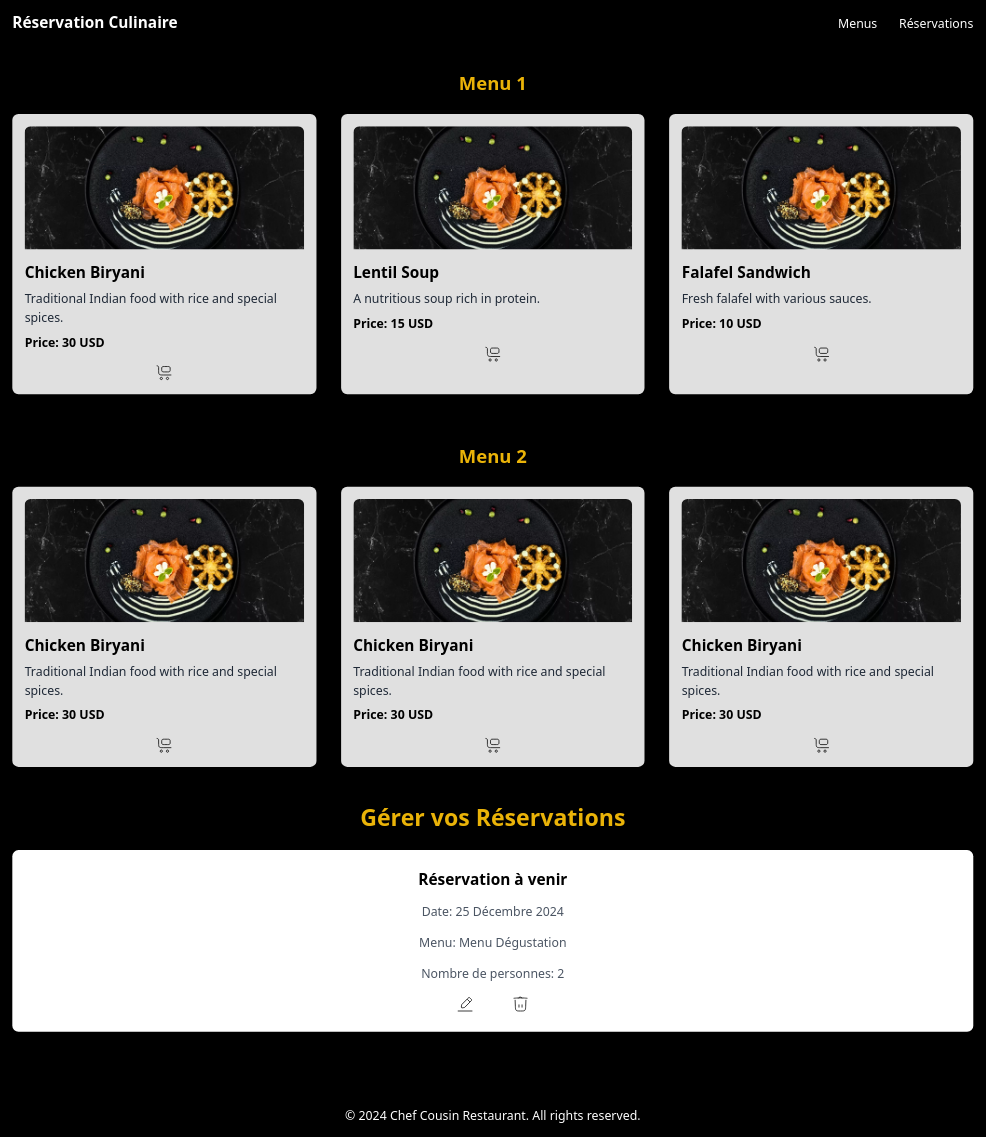
Repository: HamzaChehlaoui/Site-Web-pour-un-Chef-Cuisinier
Page: http://localhost/menuutil.php
These files come from the project's save history. The page is drawn as it stood at one moment and after the next save; the edit follows.
The browser window is 1280 px wide. The pictures show the whole page, at 77% of full size.
Some web libraries are served in a nearby version. The page is run by PHP 8.4 with error messages shown; the project is at /var/www/html/.

Above is the page before, as saved 2024-12-18 17:15:33.

### menuutil.php
<!DOCTYPE html>
<html lang="fr">
<head>
    <meta charset="UTF-8">
    <meta name="viewport" content="width=device-width, initial-scale=1.0">
    <title>Réservation d'Expérience Culinaire</title>
    <script src="https://cdn.tailwindcss.com"></script></head>
<body class="bg-black font-sans">

    <!-- Navbar -->
    <header class="bg-black text-white p-4">
        <div class="max-w-7xl mx-auto flex justify-between items-center">
            <h1 class="text-xl font-semibold">Réservation Culinaire</h1>
            <nav class="space-x-6">
                <a href="#menus" class="hover:text-gray-300">Menus</a>
                <a href="#reservations" class="hover:text-gray-300">Réservations</a>
            </nav>
        </div>
    </header>

    <!-- Menu Section -->
    <section class="py-8">
        <div class="container mx-auto px-4">
            <h2 class="text-2xl font-semibold mb-6 text-center text-yellow-500">Menu 1</h2>
            <div class="grid grid-cols-1 sm:grid-cols-2 lg:grid-cols-3 gap-8">
                <!-- Dish 1 -->
                <div class="bg-[#E0E0E0] p-4 rounded-lg shadow-lg hover:shadow-xl hover:bg-[#E0E0E0] transition duration-300">
                    <img src="zalmbloem-met-roomkaas_hr-4.webp" alt="Dish 1" class="w-full h-40 object-cover rounded-t-lg">
                    <h3 class="text-xl font-semibold mt-4 text-black">Chicken Biryani</h3>
                    <p class="text-gray-800 mt-2">Traditional Indian food with rice and special spices.</p>
                    <p class="mt-2 font-bold text-black">Price: 30 USD</p>
                      <!-- Edit and Delete buttons -->
                    <div class="mt-4 flex justify-center">
                <svg width="24" height="24" viewBox="0 0 24 24" fill="none" xmlns="http://www.w3.org/2000/svg">
                <path d="M10 19.5C10 20.3284 9.32843 21 8.5 21C7.67157 21 7 20.3284 7 19.5C7 18.6716 7.67157 18 8.5 18C9.32843 18 10 18.6716 10 19.5Z" stroke="black" stroke-width="null" class="my-path"></path>
                <path d="M18 19.5C18 20.3284 17.3284 21 16.5 21C15.6716 21 15 20.3284 15 19.5C15 18.6716 15.6716 18 16.5 18C17.3284 18 18 18.6716 18 19.5Z" stroke="black" stroke-width="null" class="my-path"></path>
                <path d="M21 15H11C8.17157 15 6.75736 15 5.87868 14.1213C5 13.2426 5 11.8284 5 9V5C5 3.89543 4.10457 3 3 3" stroke="black" stroke-width="null" stroke-linecap="round" class="my-path"></path>
                <path d="M9 7.5C9 6.09554 9 5.39331 9.33706 4.88886C9.48298 4.67048 9.67048 4.48298 9.88886 4.33706C10.3933 4 11.0955 4 12.5 4H16.5C17.9045 4 18.6067 4 19.1111 4.33706C19.3295 4.48298 19.517 4.67048 19.6629 4.88886C20 5.39331 20 6.09554 20 7.5C20 8.90446 20 9.60669 19.6629 10.1111C19.517 10.3295 19.3295 10.517 19.1111 10.6629C18.6067 11 17.9045 11 16.5 11H12.5C11.0955 11 10.3933 11 9.88886 10.6629C9.67048 10.517 9.48298 10.3295 9.33706 10.1111C9 9.60669 9 8.90446 9 7.5Z" stroke="black" stroke-width="null" class="my-path"></path>
                </svg>

                    </div>
                </div>
                <!-- Dish 2 -->
                <div class="bg-[#E0E0E0] p-4 rounded-lg shadow-lg hover:shadow-xl hover:bg-[#E0E0E0] transition duration-300">
                    <img src="zalmbloem-met-roomkaas_hr-4.webp" alt="Dish 2" class="w-full h-40 object-cover rounded-t-lg">
                    <h3 class="text-xl font-semibold mt-4 text-black">Lentil Soup</h3>
                    <p class="text-gray-800 mt-2">A nutritious soup rich in protein.</p>
                    <p class="mt-2 font-bold text-black">Price: 15 USD</p>
                      <!-- Edit and Delete buttons -->
                    <div class="mt-4 flex justify-center">
                    <svg width="24" height="24" viewBox="0 0 24 24" fill="none" xmlns="http://www.w3.org/2000/svg">
                    <path d="M10 19.5C10 20.3284 9.32843 21 8.5 21C7.67157 21 7 20.3284 7 19.5C7 18.6716 7.67157 18 8.5 18C9.32843 18 10 18.6716 10 19.5Z" stroke="black" stroke-width="null" class="my-path"></path>
                    <path d="M18 19.5C18 20.3284 17.3284 21 16.5 21C15.6716 21 15 20.3284 15 19.5C15 18.6716 15.6716 18 16.5 18C17.3284 18 18 18.6716 18 19.5Z" stroke="black" stroke-width="null" class="my-path"></path>
                    <path d="M21 15H11C8.17157 15 6.75736 15 5.87868 14.1213C5 13.2426 5 11.8284 5 9V5C5 3.89543 4.10457 3 3 3" stroke="black" stroke-width="null" stroke-linecap="round" class="my-path"></path>
                    <path d="M9 7.5C9 6.09554 9 5.39331 9.33706 4.88886C9.48298 4.67048 9.67048 4.48298 9.88886 4.33706C10.3933 4 11.0955 4 12.5 4H16.5C17.9045 4 18.6067 4 19.1111 4.33706C19.3295 4.48298 19.517 4.67048 19.6629 4.88886C20 5.39331 20 6.09554 20 7.5C20 8.90446 20 9.60669 19.6629 10.1111C19.517 10.3295 19.3295 10.517 19.1111 10.6629C18.6067 11 17.9045 11 16.5 11H12.5C11.0955 11 10.3933 11 9.88886 10.6629C9.67048 10.517 9.48298 10.3295 9.33706 10.1111C9 9.60669 9 8.90446 9 7.5Z" stroke="black" stroke-width="null" class="my-path"></path>
                    </svg>

                    </div>
                </div>
                <!-- Dish 3 -->
                <div class="bg-[#E0E0E0] p-4 rounded-lg shadow-lg hover:shadow-xl hover:bg-[#E0E0E0] transition duration-300">
                    <img src="zalmbloem-met-roomkaas_hr-4.webp" alt="Dish 3" class="w-full h-40 object-cover rounded-t-lg">
                    <h3 class="text-xl font-semibold mt-4 text-black">Falafel Sandwich</h3>
                    <p class="text-gray-800 mt-2">Fresh falafel with various sauces.</p>
                    <p class="mt-2 font-bold text-black">Price: 10 USD</p>
                       <!-- Edit and Delete buttons -->
                    <div class="mt-4 flex justify-center">
                        <!-- edit  -->
                        <svg width="24" height="24" viewBox="0 0 24 24" fill="none" xmlns="http://www.w3.org/2000/svg">
                        <path d="M10 19.5C10 20.3284 9.32843 21 8.5 21C7.67157 21 7 20.3284 7 19.5C7 18.6716 7.67157 18 8.5 18C9.32843 18 10 18.6716 10 19.5Z" stroke="black" stroke-width="null" class="my-path"></path>
                        <path d="M18 19.5C18 20.3284 17.3284 21 16.5 21C15.6716 21 15 20.3284 15 19.5C15 18.6716 15.6716 18 16.5 18C17.3284 18 18 18.6716 18 19.5Z" stroke="black" stroke-width="null" class="my-path"></path>
                        <path d="M21 15H11C8.17157 15 6.75736 15 5.87868 14.1213C5 13.2426 5 11.8284 5 9V5C5 3.89543 4.10457 3 3 3" stroke="black" stroke-width="null" stroke-linecap="round" class="my-path"></path>
                        <path d="M9 7.5C9 6.09554 9 5.39331 9.33706 4.88886C9.48298 4.67048 9.67048 4.48298 9.88886 4.33706C10.3933 4 11.0955 4 12.5 4H16.5C17.9045 4 18.6067 4 19.1111 4.33706C19.3295 4.48298 19.517 4.67048 19.6629 4.88886C20 5.39331 20 6.09554 20 7.5C20 8.90446 20 9.60669 19.6629 10.1111C19.517 10.3295 19.3295 10.517 19.1111 10.6629C18.6067 11 17.9045 11 16.5 11H12.5C11.0955 11 10.3933 11 9.88886 10.6629C9.67048 10.517 9.48298 10.3295 9.33706 10.1111C9 9.60669 9 8.90446 9 7.5Z" stroke="black" stroke-width="null" class="my-path"></path>
                        </svg>
                    </div>
                </div>
                </div>
            </div>
        </div>
         <!-- /* From Uiverse.io by OnCloud125252 */  -->

    </section>
    <section class="py-8">
        <div class="container mx-auto px-4">
            <h2 class="text-2xl font-semibold mb-6 text-center text-yellow-500">Menu 2</h2>
            <div class="grid grid-cols-1 sm:grid-cols-2 lg:grid-cols-3 gap-8">
                <!-- Repeat the dishes here with Edit and Delete buttons -->
                <div class="bg-[#E0E0E0] p-4 rounded-lg shadow-lg hover:shadow-xl hover:bg-[#E0E0E0] transition duration-300">
                    <img src="zalmbloem-met-roomkaas_hr-4.webp" alt="Dish 1" class="w-full h-40 object-cover rounded-t-lg">
                    <h3 class="text-xl font-semibold mt-4 text-black">Chicken Biryani</h3>
                    <p class="text-gray-800 mt-2">Traditional Indian food with rice and special spices.</p>
                    <p class="mt-2 font-bold text-black">Price: 30 USD</p>
                      <!-- Edit and Delete buttons -->
                    <div class="mt-4 flex justify-center">
                        <!-- edit  -->
                        <svg width="24" height="24" viewBox="0 0 24 24" fill="none" xmlns="http://www.w3.org/2000/svg">
                        <path d="M10 19.5C10 20.3284 9.32843 21 8.5 21C7.67157 21 7 20.3284 7 19.5C7 18.6716 7.67157 18 8.5 18C9.32843 18 10 18.6716 10 19.5Z" stroke="black" stroke-width="null" class="my-path"></path>
                        <path d="M18 19.5C18 20.3284 17.3284 21 16.5 21C15.6716 21 15 20.3284 15 19.5C15 18.6716 15.6716 18 16.5 18C17.3284 18 18 18.6716 18 19.5Z" stroke="black" stroke-width="null" class="my-path"></path>
                        <path d="M21 15H11C8.17157 15 6.75736 15 5.87868 14.1213C5 13.2426 5 11.8284 5 9V5C5 3.89543 4.10457 3 3 3" stroke="black" stroke-width="null" stroke-linecap="round" class="my-path"></path>
                        <path d="M9 7.5C9 6.09554 9 5.39331 9.33706 4.88886C9.48298 4.67048 9.67048 4.48298 9.88886 4.33706C10.3933 4 11.0955 4 12.5 4H16.5C17.9045 4 18.6067 4 19.1111 4.33706C19.3295 4.48298 19.517 4.67048 19.6629 4.88886C20 5.39331 20 6.09554 20 7.5C20 8.90446 20 9.60669 19.6629 10.1111C19.517 10.3295 19.3295 10.517 19.1111 10.6629C18.6067 11 17.9045 11 16.5 11H12.5C11.0955 11 10.3933 11 9.88886 10.6629C9.67048 10.517 9.48298 10.3295 9.33706 10.1111C9 9.60669 9 8.90446 9 7.5Z" stroke="black" stroke-width="null" class="my-path"></path>
                        </svg>

                    </div>
                </div>
                <!-- Dish 1 -->
                <div class="bg-[#E0E0E0] p-4 rounded-lg shadow-lg hover:shadow-xl hover:bg-[#E0E0E0] transition duration-300">
                    <img src="zalmbloem-met-roomkaas_hr-4.webp" alt="Dish 1" class="w-full h-40 object-cover rounded-t-lg">
                    <h3 class="text-xl font-semibold mt-4 text-black">Chicken Biryani</h3>
                    <p class="text-gray-800 mt-2">Traditional Indian food with rice and special spices.</p>
                    <p class="mt-2 font-bold text-black">Price: 30 USD</p>
                      <!-- Edit and Delete buttons -->
                    <div class="mt-4 flex justify-center">
                    <svg width="24" height="24" viewBox="0 0 24 24" fill="none" xmlns="http://www.w3.org/2000/svg">
                    <path d="M10 19.5C10 20.3284 9.32843 21 8.5 21C7.67157 21 7 20.3284 7 19.5C7 18.6716 7.67157 18 8.5 18C9.32843 18 10 18.6716 10 19.5Z" stroke="black" stroke-width="null" class="my-path"></path>
                    <path d="M18 19.5C18 20.3284 17.3284 21 16.5 21C15.6716 21 15 20.3284 15 19.5C15 18.6716 15.6716 18 16.5 18C17.3284 18 18 18.6716 18 19.5Z" stroke="black" stroke-width="null" class="my-path"></path>
                    <path d="M21 15H11C8.17157 15 6.75736 15 5.87868 14.1213C5 13.2426 5 11.8284 5 9V5C5 3.89543 4.10457 3 3 3" stroke="black" stroke-width="null" stroke-linecap="round" class="my-path"></path>
                    <path d="M9 7.5C9 6.09554 9 5.39331 9.33706 4.88886C9.48298 4.67048 9.67048 4.48298 9.88886 4.33706C10.3933 4 11.0955 4 12.5 4H16.5C17.9045 4 18.6067 4 19.1111 4.33706C19.3295 4.48298 19.517 4.67048 19.6629 4.88886C20 5.39331 20 6.09554 20 7.5C20 8.90446 20 9.60669 19.6629 10.1111C19.517 10.3295 19.3295 10.517 19.1111 10.6629C18.6067 11 17.9045 11 16.5 11H12.5C11.0955 11 10.3933 11 9.88886 10.6629C9.67048 10.517 9.48298 10.3295 9.33706 10.1111C9 9.60669 9 8.90446 9 7.5Z" stroke="black" stroke-width="null" class="my-path"></path>
                    </svg>
                   </div>
                </div>
            <!-- Dish 1 -->
            <div class="bg-[#E0E0E0] p-4 rounded-lg shadow-lg hover:shadow-xl hover:bg-[#E0E0E0] transition duration-300">
                    <img src="zalmbloem-met-roomkaas_hr-4.webp" alt="Dish 1" class="w-full h-40 object-cover rounded-t-lg">
                    <h3 class="text-xl font-semibold mt-4 text-black">Chicken Biryani</h3>
                    <p class="text-gray-800 mt-2">Traditional Indian food with rice and special spices.</p>
                    <p class="mt-2 font-bold text-black">Price: 30 USD</p>
                      <!-- Edit and Delete buttons -->
                    <div class="mt-4 flex justify-center">
                    <svg width="24" height="24" viewBox="0 0 24 24" fill="none" xmlns="http://www.w3.org/2000/svg">
                    <path d="M10 19.5C10 20.3284 9.32843 21 8.5 21C7.67157 21 7 20.3284 7 19.5C7 18.6716 7.67157 18 8.5 18C9.32843 18 10 18.6716 10 19.5Z" stroke="black" stroke-width="null" class="my-path"></path>
                    <path d="M18 19.5C18 20.3284 17.3284 21 16.5 21C15.6716 21 15 20.3284 15 19.5C15 18.6716 15.6716 18 16.5 18C17.3284 18 18 18.6716 18 19.5Z" stroke="black" stroke-width="null" class="my-path"></path>
                    <path d="M21 15H11C8.17157 15 6.75736 15 5.87868 14.1213C5 13.2426 5 11.8284 5 9V5C5 3.89543 4.10457 3 3 3" stroke="black" stroke-width="null" stroke-linecap="round" class="my-path"></path>
                    <path d="M9 7.5C9 6.09554 9 5.39331 9.33706 4.88886C9.48298 4.67048 9.67048 4.48298 9.88886 4.33706C10.3933 4 11.0955 4 12.5 4H16.5C17.9045 4 18.6067 4 19.1111 4.33706C19.3295 4.48298 19.517 4.67048 19.6629 4.88886C20 5.39331 20 6.09554 20 7.5C20 8.90446 20 9.60669 19.6629 10.1111C19.517 10.3295 19.3295 10.517 19.1111 10.6629C18.6067 11 17.9045 11 16.5 11H12.5C11.0955 11 10.3933 11 9.88886 10.6629C9.67048 10.517 9.48298 10.3295 9.33706 10.1111C9 9.60669 9 8.90446 9 7.5Z" stroke="black" stroke-width="null" class="my-path"></path>
                    </svg>
                   </div>
                </div>
            </div>
    <!-- Reservation Section -->
    <section id="reservations" class="py-12 bg-black">
        <div class="max-w-7xl mx-auto text-center">
            <h2 class="text-3xl font-bold mb-6 text-yellow-500">Gérer vos Réservations</h2>

            <div class="bg-white p-6 rounded-lg shadow-md">
                <h3 class="text-xl font-semibold mb-4">Réservation à venir</h3>
                <p class="text-gray-600 mb-4">Date: 25 Décembre 2024</p>
                <p class="text-gray-600 mb-4">Menu: Menu Dégustation</p>
                <p class="text-gray-600 mb-4">Nombre de personnes: 2</p>
                 <!-- Edit and Delete buttons -->
                 <div class="mt-4 flex justify-center gap-[3rem]">
                    <svg width="24" height="24" viewBox="0 0 24 24" fill="none" xmlns="http://www.w3.org/2000/svg">
                    <path d="M15.7734 4.42255L8.01924 12.2706C7.79291 12.4996 7.67974 12.6142 7.60917 12.7552C7.53859 12.8961 7.51521 13.0544 7.46845 13.3709L7.30803 14.4566C7.12534 15.693 7.034 16.3112 7.40145 16.6645C7.7689 17.0178 8.39306 16.9118 9.64137 16.6999L10.7375 16.5139C11.0571 16.4596 11.2168 16.4325 11.3579 16.3593C11.499 16.2861 11.6121 16.1715 11.8385 15.9425L19.5927 8.09446C20.2553 7.42379 20.5866 7.08846 20.5814 6.67712C20.5761 6.26578 20.2363 5.93906 19.5566 5.28563L18.6209 4.38599C17.9412 3.73256 17.6014 3.40584 17.1844 3.4112C16.7674 3.41655 16.4361 3.75188 15.7734 4.42255Z" stroke="black" stroke-width="null" class="my-path"></path>
                    <path d="M18.3329 9.22206L14.7773 5.6665" stroke="black" stroke-width="null" class="my-path"></path>
                    <path d="M21 21H3" stroke="black" stroke-width="null" stroke-linecap="round" class="my-path"></path>
                    </svg>
                    <!-- delete  -->
                    <svg width="24" height="24" viewBox="0 0 24 24" fill="none" xmlns="http://www.w3.org/2000/svg">
                    <path d="M5 7L5.29949 14.7868C5.41251 17.7252 5.46902 19.1944 6.40719 20.0972C7.34537 21 8.81543 21 11.7555 21H12.2433C15.1842 21 16.6547 21 17.5928 20.0972C18.531 19.1944 18.5875 17.7252 18.7006 14.7868L19 7" stroke="black" stroke-width="null" stroke-linecap="round" class="my-path"></path>
                    <path d="M10 13V16" stroke="black" stroke-width="null" stroke-linecap="round" class="my-path"></path>
                    <path d="M14 13V16" stroke="black" stroke-width="null" stroke-linecap="round" class="my-path"></path>
                    <path d="M20.4706 4.43329C18.6468 4.27371 17.735 4.19392 16.8229 4.13611C13.6109 3.93249 10.3891 3.93249 7.17707 4.13611C6.26506 4.19392 5.35318 4.27371 3.52942 4.43329" stroke="black" stroke-width="null" stroke-linecap="round" class="my-path"></path>
                    <path d="M13.7647 3.95212C13.7647 3.95212 13.3993 2.98339 11.6471 2.9834C9.8949 2.9834 9.52942 3.95211 9.52942 3.95211" stroke="black" stroke-width="null" stroke-linecap="round" class="my-path"></path>
                    </svg>  </div>
                </div> </div>
        </div>
    </section>

    <!-- Footer -->
    <footer class="bg-black text-white py-4">
        <div class="container mx-auto text-center">
            <p>&copy; 2024 Chef Cousin Restaurant. All rights reserved.</p>
        </div>
    </footer>

</body>
</html>

After the next save:
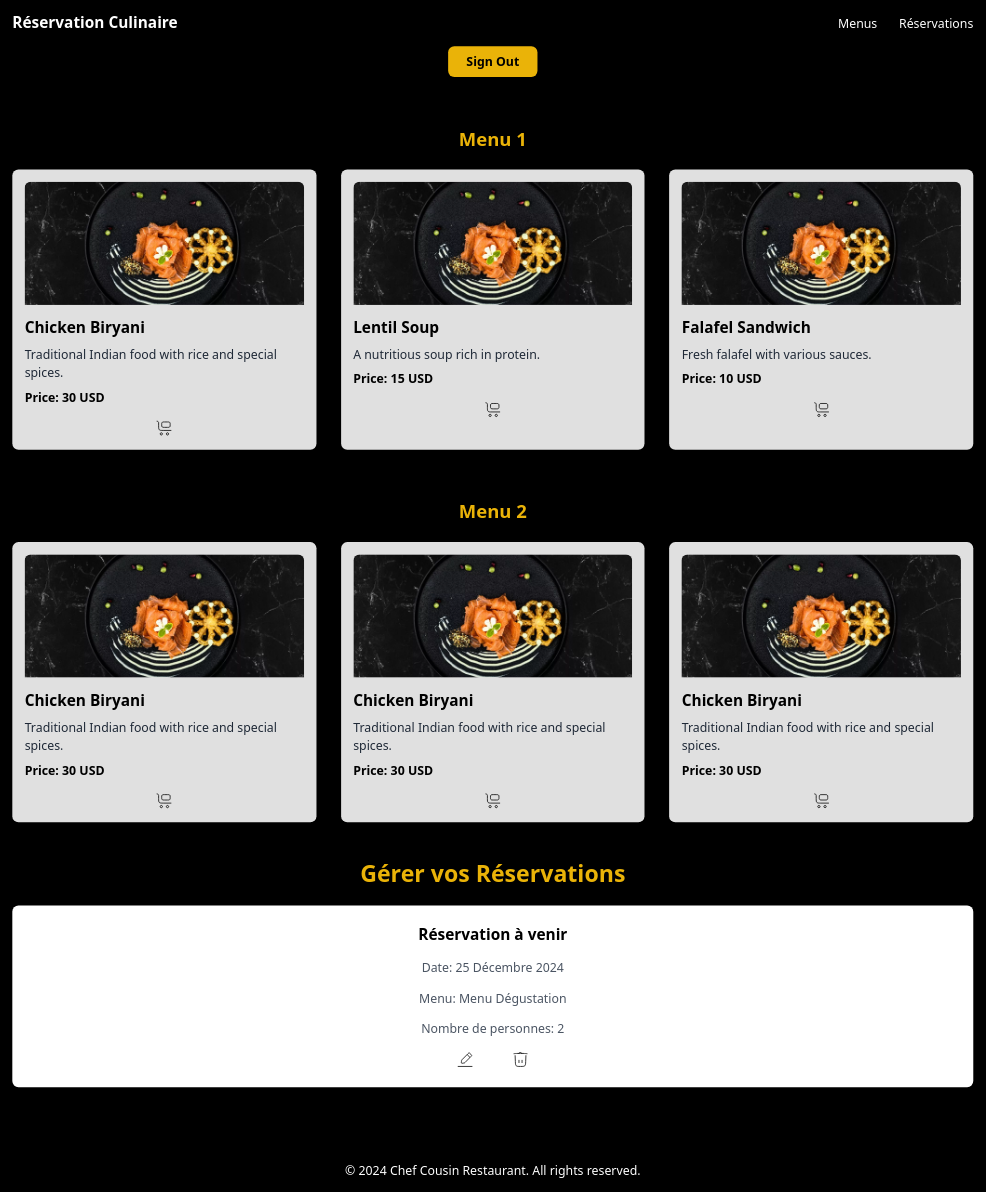
Saved 86 s later.
--- a/menuutil.php
+++ b/menuutil.php
@@ -17,7 +17,11 @@
             </nav>
         </div>
     </header>
-
+    <div class="text-center mb-8">
+        <a href="index.php" class="inline-block bg-yellow-500 text-black px-6 py-2 rounded-lg font-semibold hover:scale-105 hover:shadow-lg transition-transform">
+            Sign Out
+        </a>
+    </div>
     <!-- Menu Section -->
     <section class="py-8">
         <div class="container mx-auto px-4">
